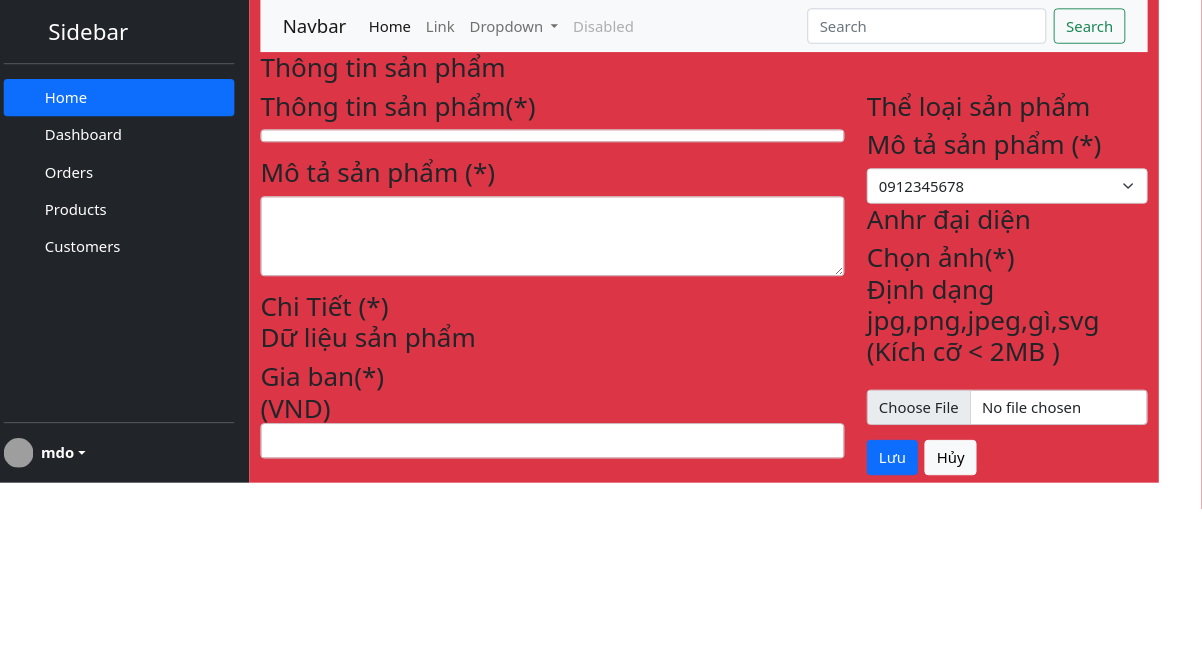
Repository: Lehuyhuynh/BT12-BOOTSTRAP
Page: index.html
The author's editor kept a copy of each file at every save. The page is drawn from the files as they stood at one save, then again after a run of saves.
The browser window is 1280 px wide. The page is 1292 px wide, so the pictures cover 1292 px, including what lies to the right of the window. The pictures show the whole page, at 93% of full size.
Pictures or frames that could not be fetched are drawn as grey boxes.

Above is the page before, as saved 2023-08-19 22:59:45.

### index.html
<!DOCTYPE html>
<html lang="en">
<head>
  <link href="https://cdn.jsdelivr.net/npm/bootstrap@5.1.3/dist/css/bootstrap.min.css" rel="stylesheet" integrity="sha384-1BmE4kWBq78iYhFldvKuhfTAU6auU8tT94WrHftjDbrCEXSU1oBoqyl2QvZ6jIW3" crossorigin="anonymous">
  <meta charset="UTF-8">
  <meta name="viewport" content="width=device-width, initial-scale=1.0">
  <title>BT2</title>
</head>
<body>
  <div class="row">
    <div class=" col-3 d-flex flex-column flex-shrink-0 p-3 text-white bg-dark rounded-lg" style="width: 280px;">
      <a href="/" class="d-flex align-items-center mb-3 mb-md-0 me-md-auto text-white text-decoration-none">
        <svg class="bi me-2" width="40" height="32"><use xlink:href="#bootstrap"></use></svg>
        <span class="fs-4">Sidebar</span>
      </a>
      <hr>
      <ul class="nav nav-pills flex-column mb-auto">
        <li class="nav-item">
          <a href="#" class="nav-link active" aria-current="page">
            <svg class="bi me-2" width="16" height="16"><use xlink:href="#home"></use></svg>
            Home
          </a>
        </li>
        <li>
          <a href="#" class="nav-link text-white">
            <svg class="bi me-2" width="16" height="16"><use xlink:href="#speedometer2"></use></svg>
            Dashboard
          </a>
        </li>
        <li>
          <a href="#" class="nav-link text-white">
            <svg class="bi me-2" width="16" height="16"><use xlink:href="#table"></use></svg>
            Orders
          </a>
        </li>
        <li>
          <a href="#" class="nav-link text-white">
            <svg class="bi me-2" width="16" height="16"><use xlink:href="#grid"></use></svg>
            Products
          </a>
        </li>
        <li>
          <a href="#" class="nav-link text-white">
            <svg class="bi me-2" width="16" height="16"><use xlink:href="#people-circle"></use></svg>
            Customers
          </a>
        </li>
      </ul>
      <hr>
      <div class="dropdown">
        <a href="#" class="d-flex align-items-center text-white text-decoration-none dropdown-toggle" id="dropdownUser1" data-bs-toggle="dropdown" aria-expanded="false">
          <img src="https://github.com/mdo.png" alt="" width="32" height="32" class="rounded-circle me-2">
          <strong>mdo</strong>
        </a>
        <ul class="dropdown-menu dropdown-menu-dark text-small shadow" aria-labelledby="dropdownUser1" style="">
          <li><a class="dropdown-item" href="#">New project...</a></li>
          <li><a class="dropdown-item" href="#">Settings</a></li>
          <li><a class="dropdown-item" href="#">Profile</a></li>
          <li><hr class="dropdown-divider"></li>
          <li><a class="dropdown-item" href="#">Sign out</a></li>
        </ul>
      </div>
    </div>
    <div class="main-content bg-danger col-9" >
      <nav class="navbar navbar-expand-lg navbar-light bg-light">
        <div class="container-fluid">
          <a class="navbar-brand" href="#">Navbar</a>
          <button class="navbar-toggler" type="button" data-bs-toggle="collapse" data-bs-target="#navbarSupportedContent" aria-controls="navbarSupportedContent" aria-expanded="false" aria-label="Toggle navigation">
            <span class="navbar-toggler-icon"></span>
          </button>
          <div class="collapse navbar-collapse" id="navbarSupportedContent">
            <ul class="navbar-nav me-auto mb-2 mb-lg-0">
              <li class="nav-item">
                <a class="nav-link active" aria-current="page" href="#">Home</a>
              </li>
              <li class="nav-item">
                <a class="nav-link" href="#">Link</a>
              </li>
              <li class="nav-item dropdown">
                <a class="nav-link dropdown-toggle" href="#" id="navbarDropdown" role="button" data-bs-toggle="dropdown" aria-expanded="false">
                  Dropdown
                </a>
                <ul class="dropdown-menu" aria-labelledby="navbarDropdown">
                  <li><a class="dropdown-item" href="#">Action</a></li>
                  <li><a class="dropdown-item" href="#">Another action</a></li>
                  <li><hr class="dropdown-divider"></li>
                  <li><a class="dropdown-item" href="#">Something else here</a></li>
                </ul>
              </li>
              <li class="nav-item">
                <a class="nav-link disabled" href="#" tabindex="-1" aria-disabled="true">Disabled</a>
              </li>
            </ul>
            <form class="d-flex">
              <input class="form-control me-2" type="search" placeholder="Search" aria-label="Search">
              <button class="btn btn-outline-success" type="submit">Search</button>
            </form>
          </div>
        </div>
      </nav>
      <div class="row">

        <h3>Thông tin sản phẩm<h3>

          <div class="row">
            <div class="more col-8">

              <div class="product">

                <div class="mb-3">
                  <label for="information" class="form-label">Thông tin sản phẩm(*)</label>
                  <table class="form-control" id="information" name="information" rows="3"></table>
                </div>

                <div class="mb-3">
                  <label for="exampleFormControlTextarea1" class="form-label">Mô tả sản phẩm (*)</label>
                  <textarea class="form-control" id="exampleFormControlTextarea1" rows="3"></textarea>
                </div>

                <span>Chi Tiết (*) </span><br>

              </div>

              <div class="data">

                <h3>Dữ liệu sản phẩm</h3>

                <label for="data">Gia ban(*)<br> (VND)</label>
                <input class="form-control" type="text" placeholder="" id="data" aria-label="default input example">

              </div>

            </div>

            <div class="category col-4">

              <div class="cate">

                <h3>Thể loại sản phẩm</h3>
                <div class="phone">
                  <label for="phone" class="form-label">Mô tả sản phẩm (*)</label>

                <select id="phone" class="form-select" aria-label="Default select example">

                  <option value="1">0912345678</option>
                  <option value="2">0123456789</option>
                  <option value="3">1234567890</option>
                </select>
                </div>

              </div>

              <div class="img">

                <h3>Anhr đại diện</h3>
                <div class="mb-3">
                  <label for="formFile" class="form-label">Chọn ảnh(*)
                    <p>Định dạng jpg,png,jpeg,gì,svg (Kích cỡ < 2MB )    </p>
                  </label>
                  <input class="form-control" type="file" id="formFile">
                </div>
              </div>

              <button type="button" class="btn btn-primary">Lưu</button>
              <button type="button" class="btn btn-light">Hủy</button>
            </div>
          </div>






      </div>
    </div>


  </div>

  <script src="https://cdn.jsdelivr.net/npm/bootstrap@5.1.3/dist/js/bootstrap.bundle.min.js" integrity="sha384-ka7Sk0Gln4gmtz2MlQnikT1wXgYsOg+OMhuP+IlRH9sENBO0LRn5q+8nbTov4+1p" crossorigin="anonymous"></script>
</body>
</html>

After the next 3 saves:
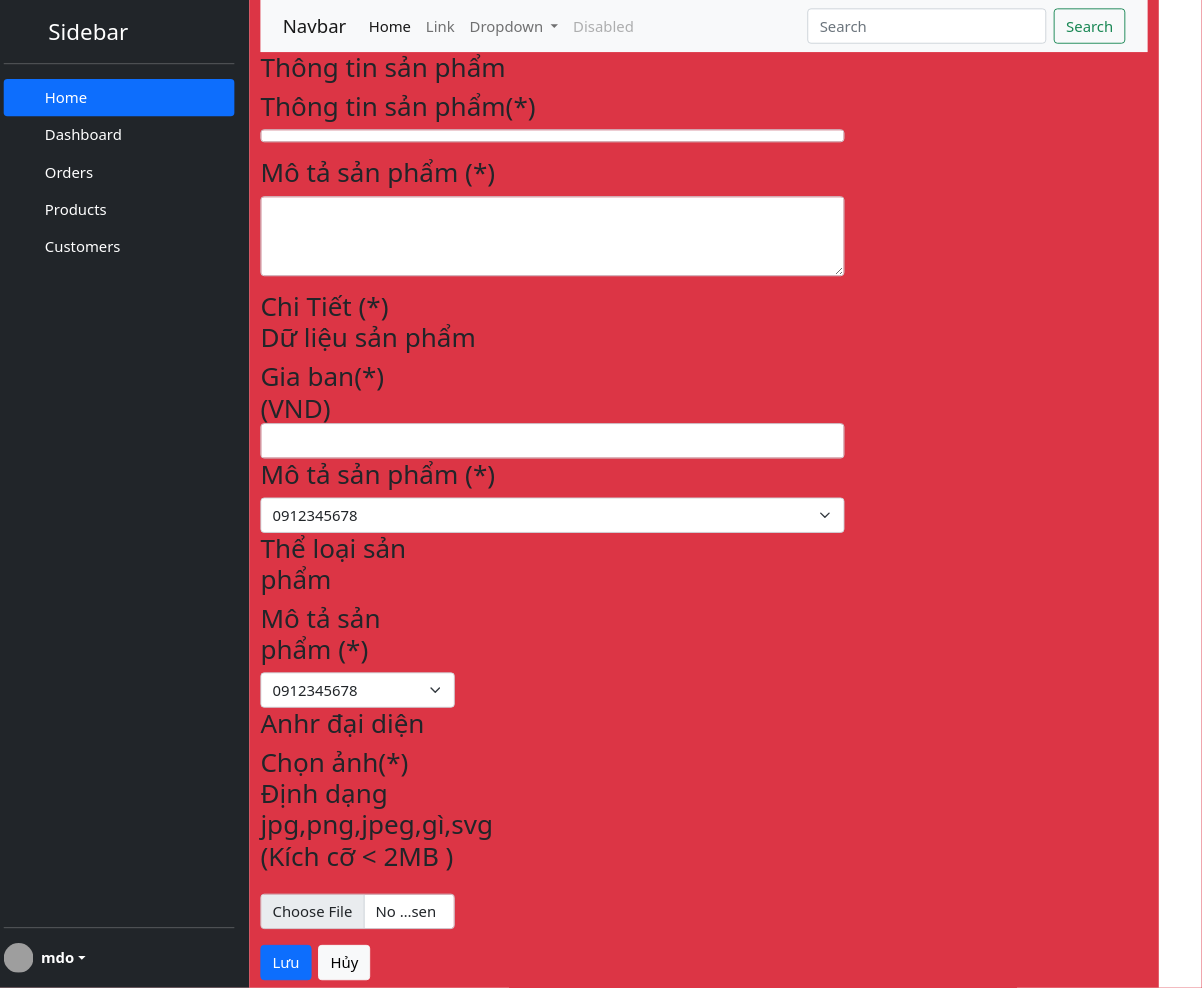
The 3 saves are shown as one change because they came seconds apart.
The last was saved 8 s later.
--- a/index.html
+++ b/index.html
@@ -128,6 +128,15 @@
                 <label for="data">Gia ban(*)<br> (VND)</label>
                 <input class="form-control" type="text" placeholder="" id="data" aria-label="default input example">
 
+                <div class="phone">
+                  <label for="phone" class="form-label">Mô tả sản phẩm (*)</label>
+
+                <select id="phone" class="form-select" aria-label="Default select example">
+
+                  <option value="1">0912345678</option>
+                  <option value="2">0123456789</option>
+                  <option value="3">1234567890</option>
+                </select>
               </div>
 
             </div>

After the save that followed:
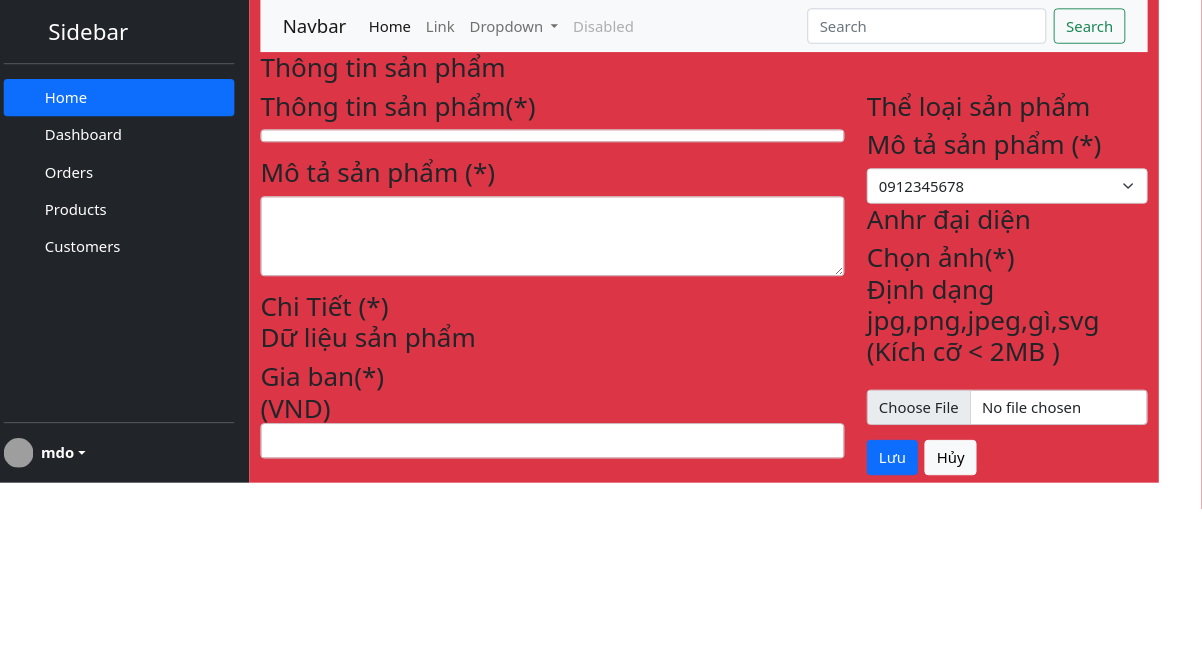
Saved 18 s later.
--- a/index.html
+++ b/index.html
@@ -128,15 +128,7 @@
                 <label for="data">Gia ban(*)<br> (VND)</label>
                 <input class="form-control" type="text" placeholder="" id="data" aria-label="default input example">
 
-                <div class="phone">
-                  <label for="phone" class="form-label">Mô tả sản phẩm (*)</label>
 
-                <select id="phone" class="form-select" aria-label="Default select example">
-
-                  <option value="1">0912345678</option>
-                  <option value="2">0123456789</option>
-                  <option value="3">1234567890</option>
-                </select>
               </div>
 
             </div>
